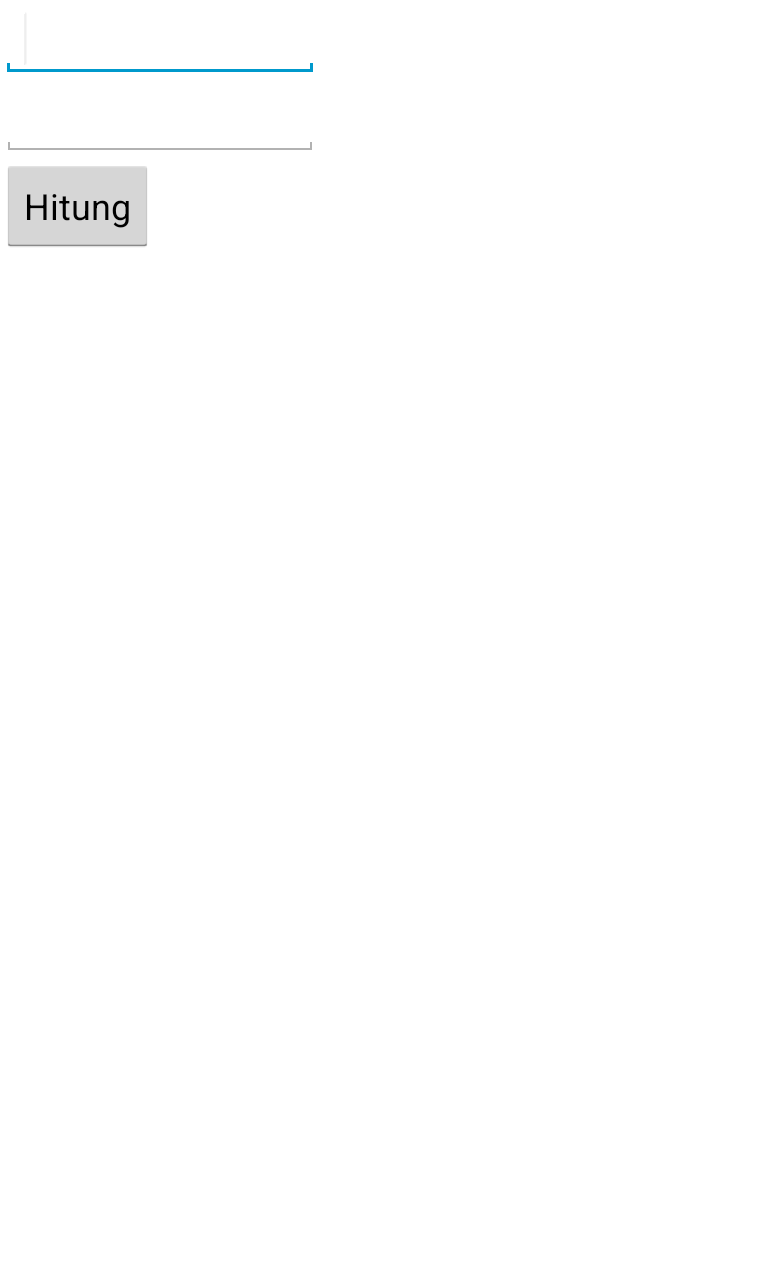
Repository: hako-975/kelompok10-eclipse-mobile-programming
Layout: hitung_angka/res/layout/activity_hitung_angka.xml
An editor plug-in stored every save of this project. The layout is shown before and after the next save, followed by the edit.
It is drawn on a 768 x 1280 px phone screen (xhdpi) without system bars, with theme AppTheme; the app's code is not run.

Above is the layout before, as saved 2023-06-14 03:16:03.

### hitung_angka/res/layout/activity_hitung_angka.xml
<RelativeLayout xmlns:android="http://schemas.android.com/apk/res/android"
    xmlns:tools="http://schemas.android.com/tools"
    android:layout_width="match_parent"
    android:layout_height="match_parent" >

    <LinearLayout
        android:layout_width="wrap_content"
        android:layout_height="wrap_content"
        android:layout_alignParentLeft="true"
        android:layout_alignParentRight="true"
        android:layout_alignParentTop="true"
        android:orientation="vertical" >

        <EditText
            android:id="@+id/masukan1"
            android:layout_width="160dp"
            android:layout_height="wrap_content" >

            <requestFocus />
        </EditText>

        <EditText
            android:id="@+id/masukan2"
            android:layout_width="160dp"
            android:layout_height="wrap_content"
            android:inputType="textPersonName" />

        <Button
            android:id="@+id/hitung"
            android:layout_width="wrap_content"
            android:layout_height="wrap_content"
            android:text="Hitung"
            android:onClick="klikHasil"/>

    </LinearLayout>

</RelativeLayout>

Loaded but not shown: hitung_angka/res/values-v11/styles.xml (common file); hitung_angka/res/values-v14/styles.xml (common file); hitung_angka/res/values/styles.xml (common file)

After the next save:
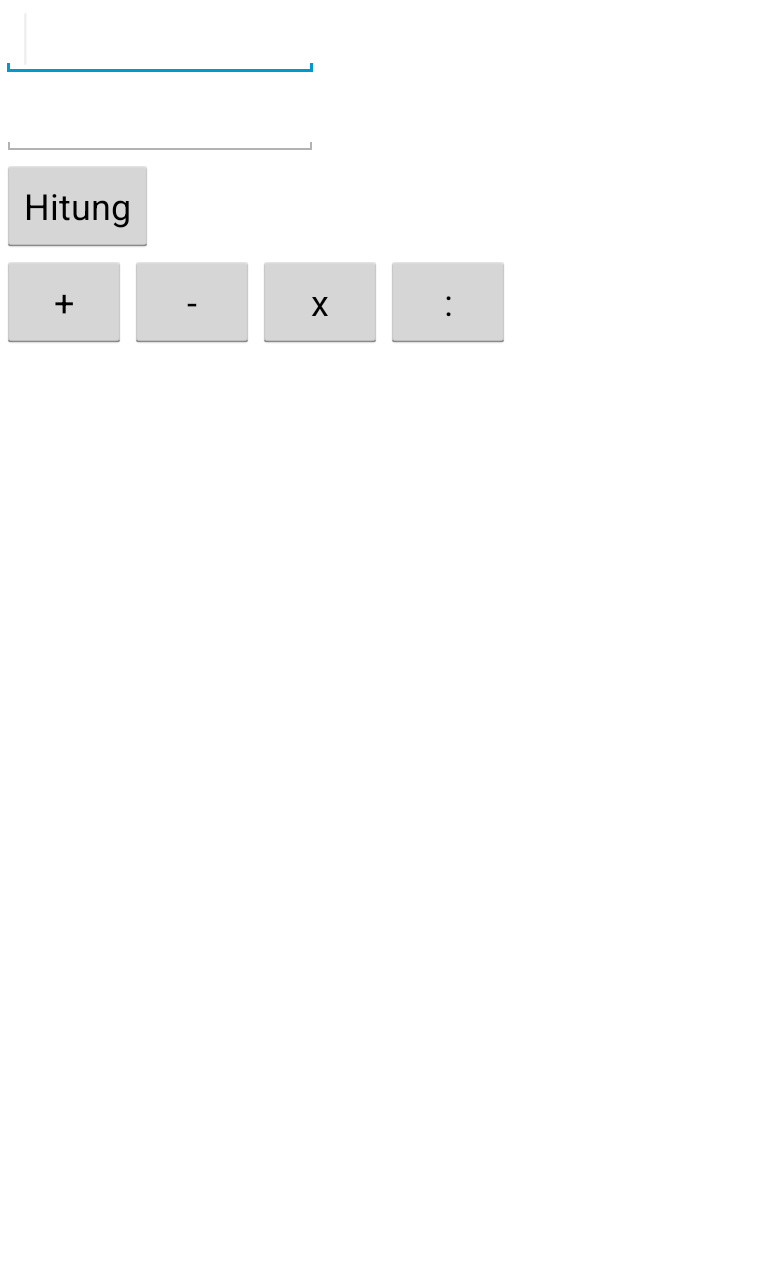
Saved 3 min 6 s later.
--- a/hitung_angka/res/layout/activity_hitung_angka.xml
+++ b/hitung_angka/res/layout/activity_hitung_angka.xml
@@ -30,7 +30,37 @@
             android:layout_width="wrap_content"
             android:layout_height="wrap_content"
             android:text="Hitung"
-            android:onClick="klikHasil"/>
+            android:onClick=""/>
+
+        <LinearLayout
+            android:layout_width="match_parent"
+            android:layout_height="wrap_content" >
+
+            <Button
+                android:id="@+id/tambah"
+                android:layout_width="wrap_content"
+                android:layout_height="wrap_content"
+                android:text="+" />
+
+            <Button
+                android:id="@+id/kurang"
+                android:layout_width="wrap_content"
+                android:layout_height="wrap_content"
+                android:text="-" />
+
+            <Button
+                android:id="@+id/kali"
+                android:layout_width="wrap_content"
+                android:layout_height="wrap_content"
+                android:text="x" />
+
+            <Button
+                android:id="@+id/bagi"
+                android:layout_width="wrap_content"
+                android:layout_height="wrap_content"
+                android:text=":" />
+
+        </LinearLayout>
 
     </LinearLayout>
 
